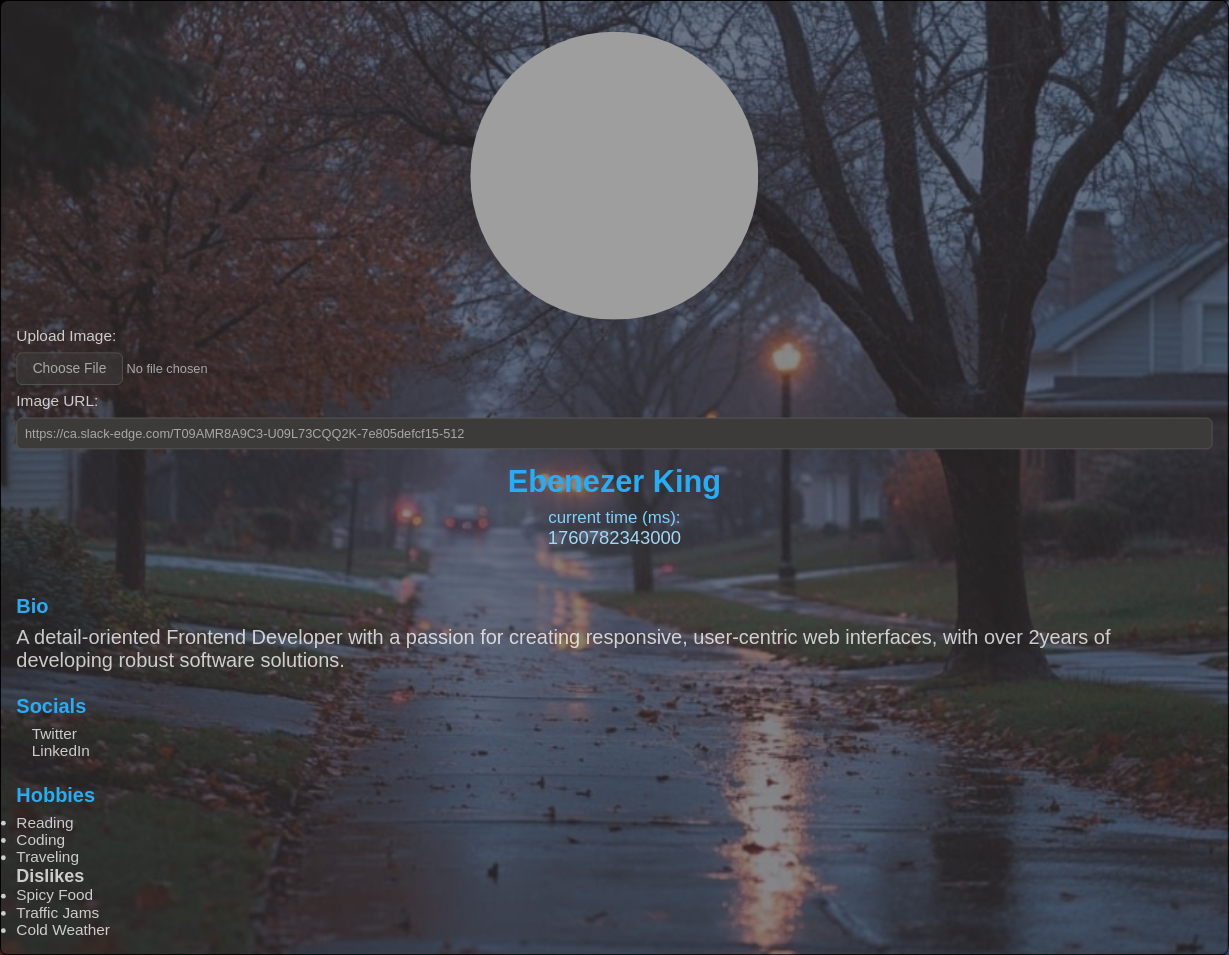
Repository: ebenezertiewei/profileCard
Page: index.html
The author's editor kept a copy of each file at every save. The page is drawn from the files as they stood at one save, then again after the next save.
The browser window is 1280 px wide. The pictures show the whole page, at 96% of full size.
Pictures or frames that could not be fetched are drawn as grey boxes.

Above is the page before, as saved 2025-10-18 10:12:44.

After the next save:
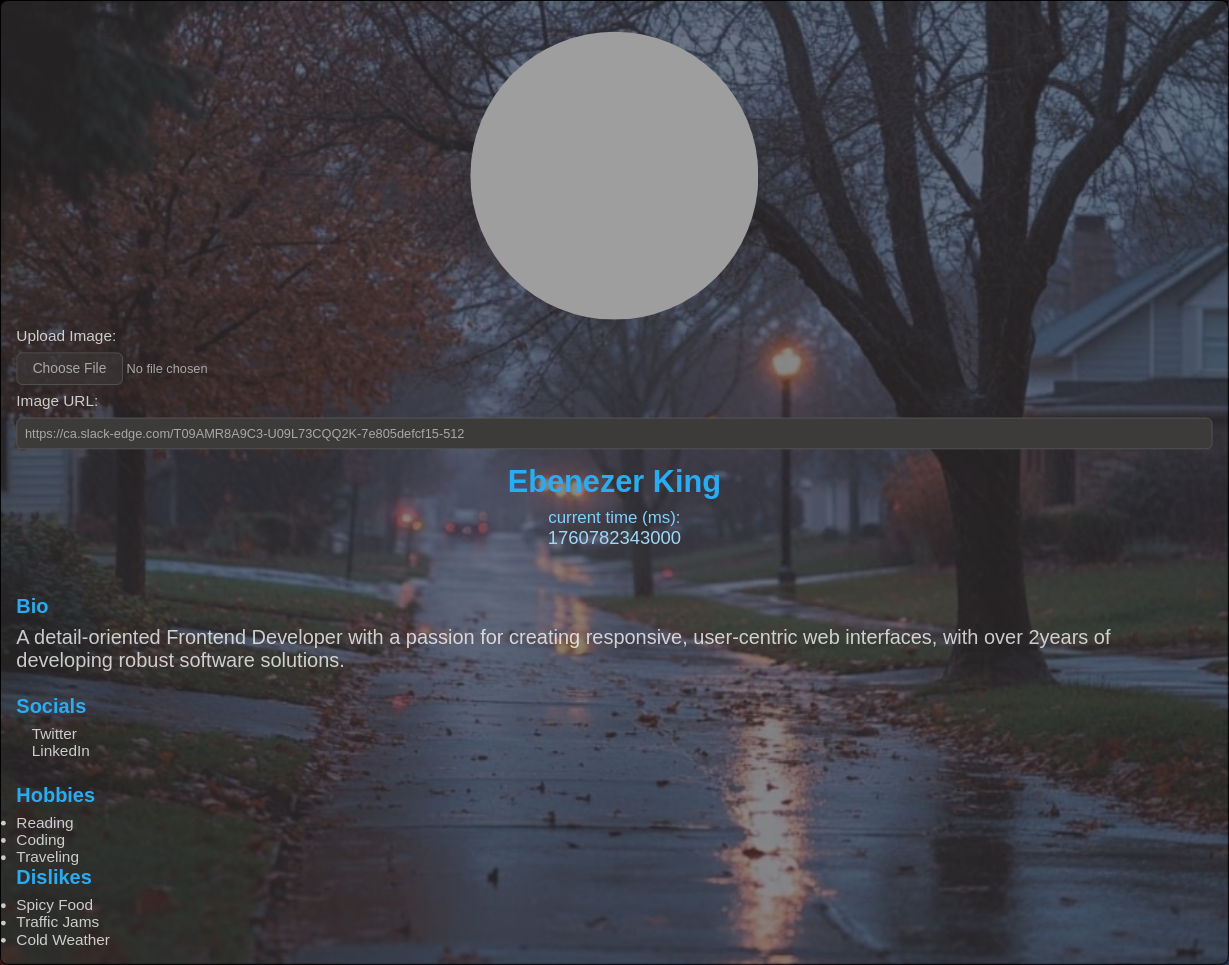
Saved 5 s later.
--- a/style.css
+++ b/style.css
@@ -177,7 +177,7 @@ article[data-testid="test-profile-card"] {
 	color: #2aacf3;
 }
 /* ------------------ dislikes --------------- */
-.hobbies-header {
+.dislikes-header {
 	display: flex;
 	flex-direction: column;
 	justify-content: start;
